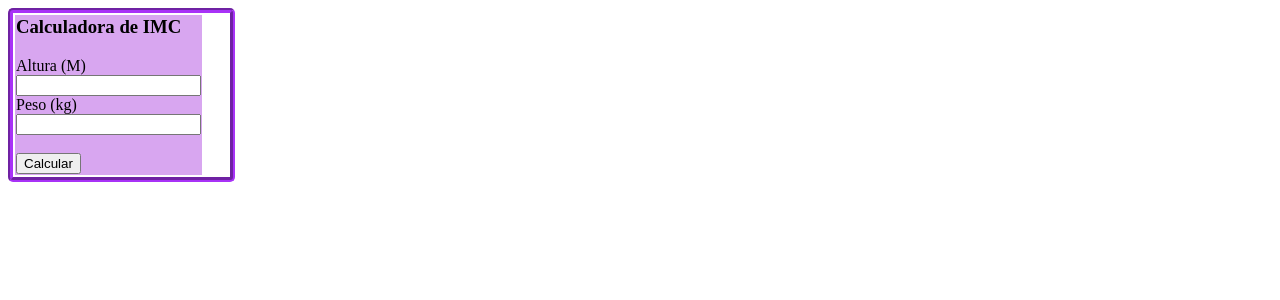
Repository: Patriciamativi/Projetos
Page: index.html
The author's editor kept a copy of each file at every save. The page is drawn from the files as they stood at one save, then again after a run of saves.
The browser window is 1280 px wide. The pictures show the whole page.

Above is the page before, as saved 2022-11-21 15:58:44.

After the next 2 saves:
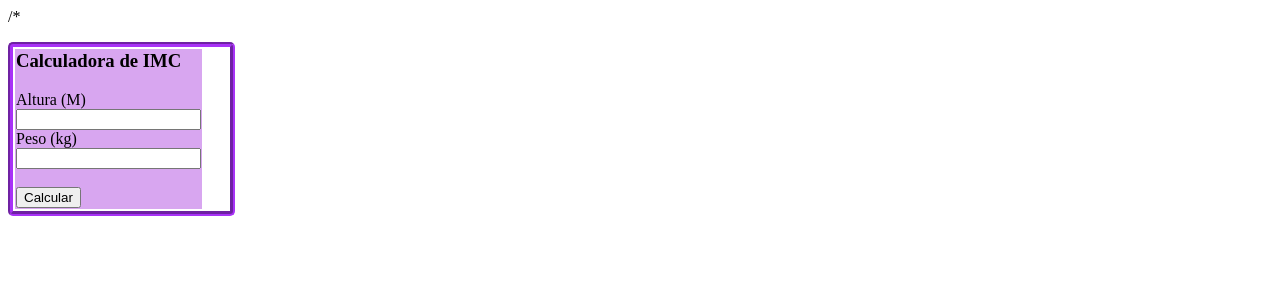
The 2 saves are shown as one change because they came seconds apart.
The last was saved 2 min 51 s later.
--- a/index.html
+++ b/index.html
@@ -2,7 +2,7 @@
     <head>
         <title>Calculadora de IMC</title>
         <meta charset="utf-8"/>
-        <link rel="stylesheet" href="style.css">
+        <link rel="stylesheet" href="style.css"> /*
     </head>
 
    <p>
